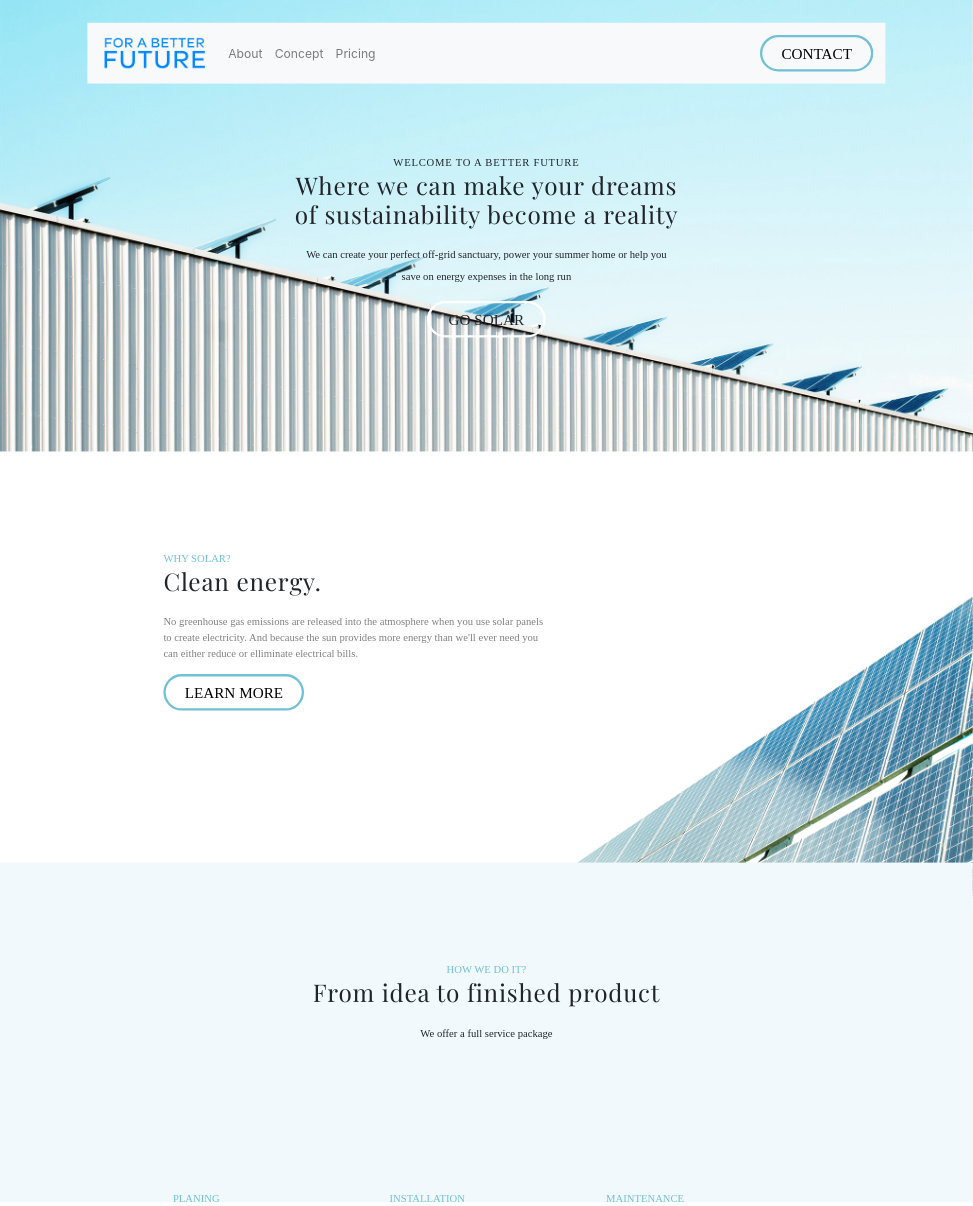
Repository: sabinemm/fabf
Page: index.html
The author's editor kept a record of every edit. The page is drawn from the files as they stood at one moment, then again after the next edit.
The browser window is 1280 px wide. The pictures show the whole page, at 76% of full size.
Backgrounds fixed to the window are drawn as part of the page. Some web fonts or font styles are not loaded; a fallback is used.

Above is the page before.

### index.html
<!DOCTYPE html>
<html lang="en">

<head>
    <meta charset="UTF-8">
    <meta name="viewport" content="width=device-width, initial-scale=1.0">
    <meta http-equiv="X-UA-Compatible" content="ie=edge">
    <link rel="stylesheet" href="style.css" type="text/css" />
    <link rel="stylesheet" href="https://stackpath.bootstrapcdn.com/bootstrap/4.3.1/css/bootstrap.min.css" integrity="sha384-ggOyR0iXCbMQv3Xipma34MD+dH/1fQ784/j6cY/iJTQUOhcWr7x9JvoRxT2MZw1T" crossorigin="anonymous">
    <link rel="stylesheet" media="screen" href="https://fontlibrary.org/face/roundo" type="text/css" />
    <link rel="stylesheet" media="screen" href="https://fontlibrary.org/face/source-sans-pro" type="text/css" />
    <link href="https://fonts.googleapis.com/css?family=Playfair+Display&display=swap" rel="stylesheet">
    <title>FOR A BETTER FUTURE</title>
</head>

<body>

    <!–-----– NAVBAR ------->

    <div class="container">
        <nav class="navbar navbar-fixed-top navbar-expand-lg navbar-light bg-light">
            <a class="navbar-brand" href="#">
          <img src="img/logo.svg" height="50px"alt="logo">
        </a>
            <button class="navbar-toggler" type="button" data-toggle="collapse" data-target="#navbarText" aria-controls="navbarText" aria-expanded="false" aria-label="Toggle navigation">
    <span class="navbar-toggler-icon"></span>
  </button>
            <div class="collapse navbar-collapse justify-content-center" id="navbarText">
                <ul class="navbar-nav mr-auto">
                    <li class="nav-item">
                        <a class="nav-link" href="#">About</a>
                    </li>
                    <li class="nav-item">
                        <a class="nav-link" href="#">Concept</a>
                    </li>
                    <li class="nav-item">
                        <a class="nav-link" href="#">Pricing</a>
                    </li>
                </ul>
                <span class="navbar-text">
          <button type="button" class="btn btn-blue-border">CONTACT</button>
    </span>
            </div>
        </nav>
    </div>

    <!–-----– FIRST SECTION ------->

    <section id="parallax">
        <div class="container">
            <div class="ltitle text-center">
                <p class="uppercase stitle">WELCOME TO A BETTER FUTURE</p>
                <h2> Where we can make your dreams <br> of sustainability become a reality </h2>
                <p class="tparagraph"> We can create your perfect off-grid sanctuary, power your summer home or help you <br> save on energy expenses in the long run</p>
                <button type="button" class="btn  btn-transp-white-border">GO SOLAR</button>
            </div>
        </div>
    </section>

    <!–-----– SECOND SECTION ------->

    <section id="clean">
        <div class="container container-fluid section-2">
            <div class="row">
                <div class="col col-md-6">
                    <p class="uppercase stitle stitle-blue">WHY SOLAR?</p>
                    <h2 class="ltitle ltitle2"> Clean energy.</h2>
                    <p class="tparagraph tparagraph2"> No greenhouse gas emissions are released into the atmosphere when you use solar panels to create electricity. And because the sun provides more energy than we'll ever need you can either reduce or elliminate electrical bills. </p>
                    <button type="button" class="btn btn-blue-border">LEARN MORE</button>

                </div>
            </div>

            <div class="container">
                <div class="col col-md-6 offset-md-6">
                    <img src="img/sidepanel.png" class="sidepanel"></img>
                </div>
            </div>
        </div>

    </section>

    <!–-----– THIRD SECTION ------->

    <section id="idea">
        <div class="idea-title text-center">
            <p class="uppercase stitle stitle-blue">HOW WE DO IT?</p>
            <h2 class="ltitle ltitle2"> From idea to finished product</h2>
            <p class="tparagraph">We offer a full service package</p>

        </div>
        <div class="container">
            <div class="row justify-content-center">
                <div class=" col-sm-3 col-md-3">
                     <p class="uppercase stitle stitle-blue">PLANING</p>
                </div>
                <div class="col-sm-3 col-md-3">
                     <p class="uppercase stitle stitle-blue">INSTALLATION</p>
                </div>
                <div class="col-sm-3 col-md-3">
                     <p class="uppercase stitle stitle-blue">MAINTENANCE</p>
                </div>
            </div>

        </div>

    </section>

</body>

</html>

### style.css

/*-------------------navbar------------------*/

.navbar {
    margin-top: 30px;
    margin-left: 30px;
    margin-right: 30px;

}

@media (max-width:536px) {
    .navbar {
        margin-top: 15px;
        margin-left: 10px;
        margin-right: 10px;
    }
}

/*-------------------Buttons------------------*/

.btn-transp-white-border,
.btn-transp-white-border:hover,
.btn-transp-white-border:active,
.btn-transp-white-border:visited,
.btn-transp-white-border:active:focus,
.btn-transp-white-border:focus {
    background-color: rgba(0, 0, 0, 0);
    border: solid 3px white !important;
    border-radius: 30px !important;
    color: white;
    text-align: center;
    text-decoration: none;
    display: inline-block;
    font-size: 20px !important;
    font-family: 'SourceSansProRegular';
    padding-left: 25px !important;
    padding-right: 25px !important;
}


.btn-transp-white-border:hover {
    background-color: rgba(255, 255, 255, 0.5);
    padding-left: 25px;
    padding-right: 25px;
}


.btn-blue-border,
.btn-blue-border:hover,
.btn-blue-border:active,
.btn-blue-border:visited,
.btn-blue-border:active:focus,
.btn-blue-border:focus {
    background-color: rgba(0, 0, 0, 0) !important;
    border: solid 3px rgb(112, 192, 214) !important;
    border-radius: 30px !important;
    color: black !important;
    text-align: center;
    text-decoration: none;
    display: inline-block;
    font-size: 20px !important;
    font-family: 'SourceSansProRegular';
    padding-left: 25px !important;
    padding-right: 25px!important;
}

.btn-blue-border:hover {
    background-color: rgba(112, 192, 214, 0.5) !important;
    padding-left: 25px;
    padding-right: 25px;
}


/*-------------------SECTION 1 PAGE 1------------------*/

#parallax {
    background: url(img/1page1section.jpg);
    background-attachment: fixed;
    background-position: bottom;
    background-repeat: no-repeat;
    background-size: cover;
    margin-top: -110px;
}

@media (max-width:536px) {
    #parallax {
        margin-top: -110px;
    }
}

.stitle {
    font-size: 14px;
    font-family: 'RoundoRegular';
    font-weight: 500;
    font-style: normal;
    margin-bottom: -5px;
}

.ltitle {
    padding-top: 200px;
    font-family: 'Playfair Display';
    letter-spacing: 1px;
    line-height: 30px;
    padding-bottom: 150px;
}

@media (max-width:768px) {
    .ltitle {
        padding-top: 150px;
        padding-bottom: 100px;
    }
}

.tparagraph {
    padding-top: 10px;
    font-family: 'SourceSansProRegular';
    font-weight: normal;
    font-style: normal;
    font-size: 14px;
    letter-spacing: 0;
}

@media (max-width:768px) {
    br {
        display: none !important;
        visibility: hidden;
    }
}

/*-------------------SECTION 2 PAGE 1------------------*/
#clean {
    padding-left: 0;
}
@media (min-width:768px) {
#clean {
    padding-left: 200px;
}
}


.stitle-blue {
    color:rgb(112, 192, 214);
    padding-top: 70px;

}

@media (min-width:768px) {
    .stitle-blue {
        padding-top: 130px;
    }
}

.ltitle2 {
padding-top: 10px;
padding-bottom: 10px;
}

.tparagraph2 {
    color: gray;

}

.section-2 {
  padding-bottom: 100px;
}

.sidepanel {
position:relative;
float: right;
height:400px;
margin-top: -150px;
margin-right: -45px;
z-index: -1;
}

/*-------------------SECTION 3 PAGE 1------------------*/

#idea {
    background-color: rgb(242, 249,252);
}

.idea-title {;
    padding-bottom: 50px;
    margin-top: 100px;
}

After the next edit:
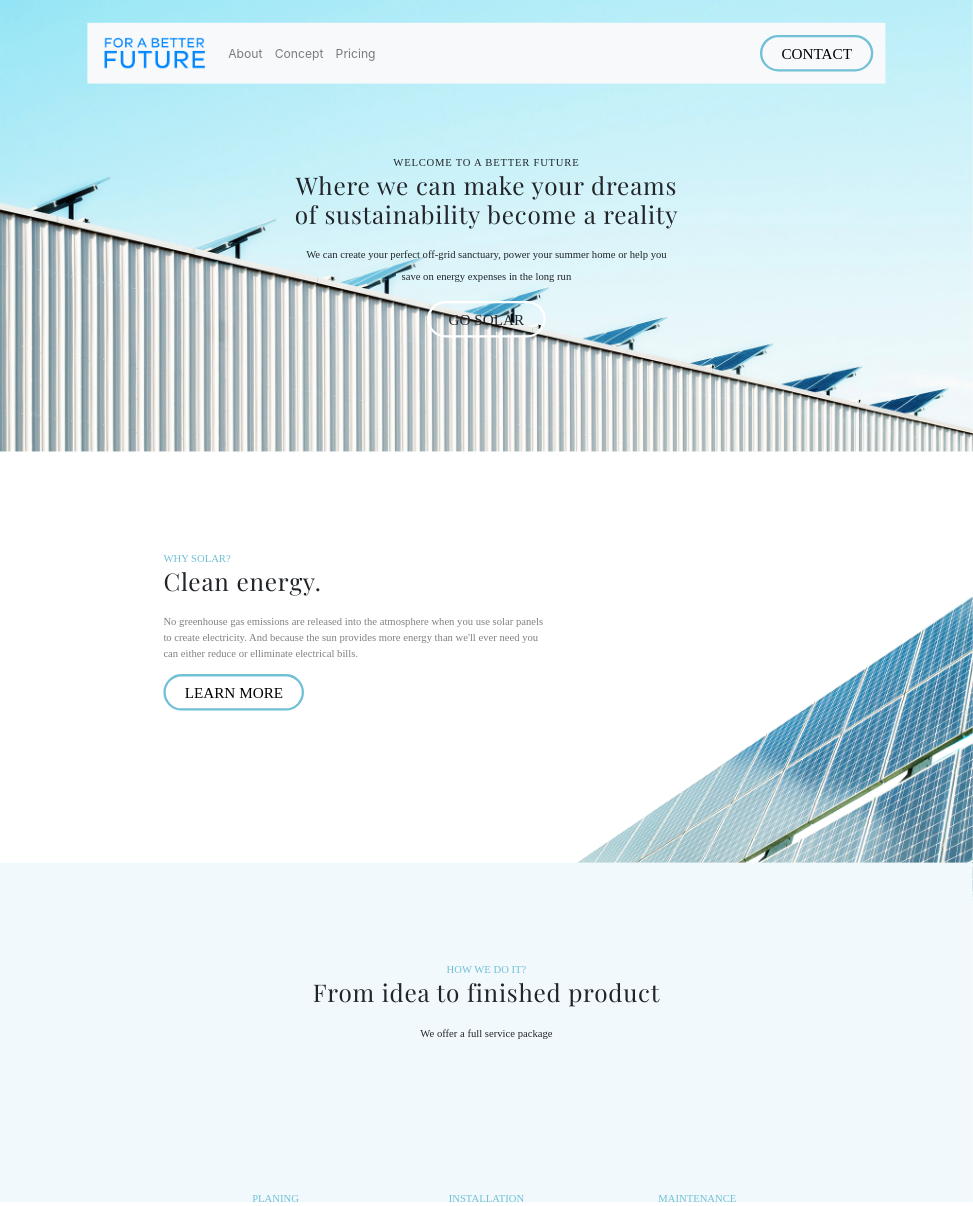
The edit:
--- a/index.html
+++ b/index.html
@@ -89,8 +89,8 @@
             <p class="tparagraph">We offer a full service package</p>
 
         </div>
-        <div class="container">
-            <div class="row justify-content-center">
+        <div class="container container-fluid">
+            <div class="row m-auto text-center justify-content-center">
                 <div class=" col-sm-3 col-md-3">
                      <p class="uppercase stitle stitle-blue">PLANING</p>
                 </div>
